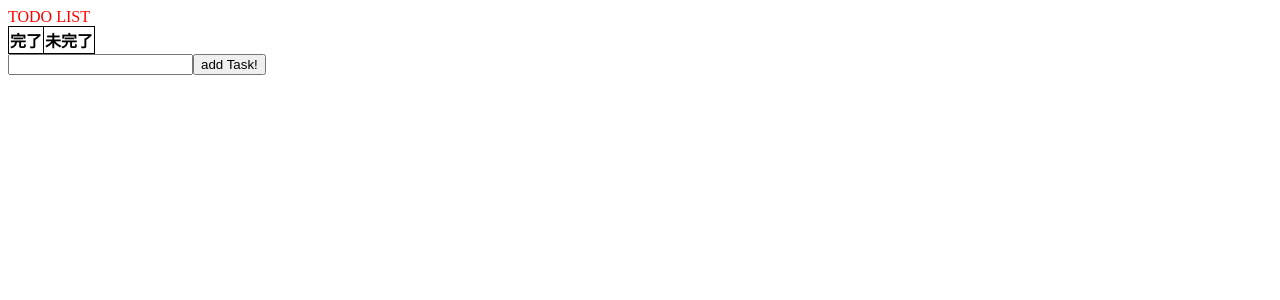
Repository: WistreHosshii/hacathon_todolList
Page: /
An editor plug-in stored every save of this project. The page is shown before and after the next save, followed by the edit.
The browser window is 1280 px wide. The pictures show the whole page.
The page's requests for data from a server got no answer. The project was rebuilt for these pictures with package versions that can differ from the ones it lists, and the page was loaded fresh each time. No one was signed in, and anything a server would have sent is missing.

Above is the page before, as saved 2019-06-09 17:52:22.

After the next save:
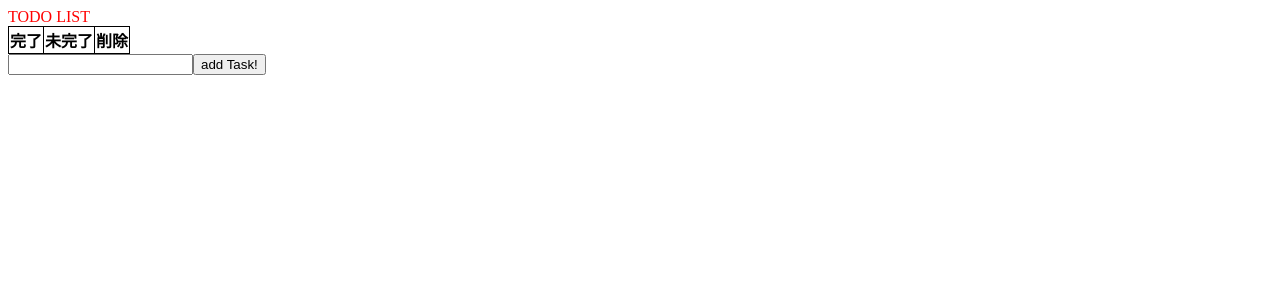
Saved 8 min 33 s later.
--- a/App.tsx
+++ b/App.tsx
@@ -51,6 +51,7 @@ export default class App extends Component<Props, State> {
                 <tr>
                   <th>完了</th>
                   <th>未完了</th>
+                  <th>削除</th>
                 </tr>
 
                 {this.state.todos.map((todo, i) => {
